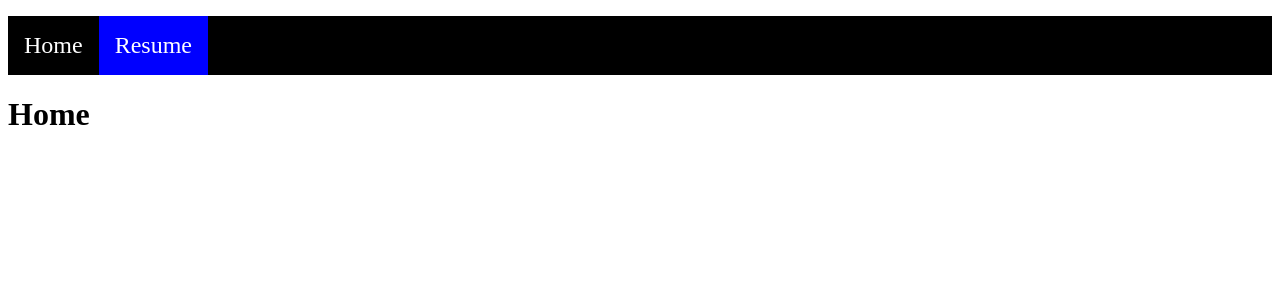
Repository: jakemj/jakemj.github.io
Page: resume.html
The author's editor kept a record of every edit. The page is drawn from the files as they stood at one moment, then again after the next edit.
The browser window is 1280 px wide. The pictures show the whole page.

Above is the page before.

After the next edit:
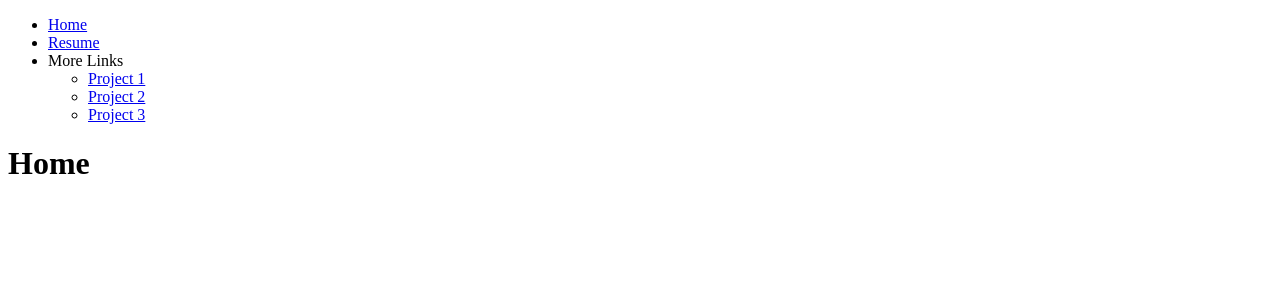
The edit:
--- a/resume.html
+++ b/resume.html
@@ -2,51 +2,7 @@
 <html>
     <head>
     <title>Home</title>
-    <style>
 
-        .navbar{
-            list-style: none;
-            background-color: black;
-            overflow: hidden;
-            padding: 0;
-        }
-
-        .navbar a, dropdown div{
-            text-decoration: none;
-            color: white;
-            font-size: 24px;
-            padding: 16px;
-            display:inline-block;
-        }
-        .navbar li{
-            float: left;
-        }
-
-        .navbar li:hover{
-            background-color: pink;
-        }
-
-        .dropdown-content{
-            list-style: none;
-            padding: 0;
-            display: none;
-            position: absolute;
-            z-index: 1;
-            background-color: black;
-        }
-
-        .dropdown-content li{
-            float: none;
-        }
-
-        .dropdown:hover .dropdown-content{
-            display: block;
-        }
-
-        .active{
-            background-color: blue;
-        }
-    </style>
     </head>
     <body>
       <ul class="navbar">
@@ -59,8 +15,7 @@
             <li><a href="#">Project 2</a></li>
             <li><a href="#">Project 3</a></li>
         </ul>
-
-
+</table>
 
     </li>
 
